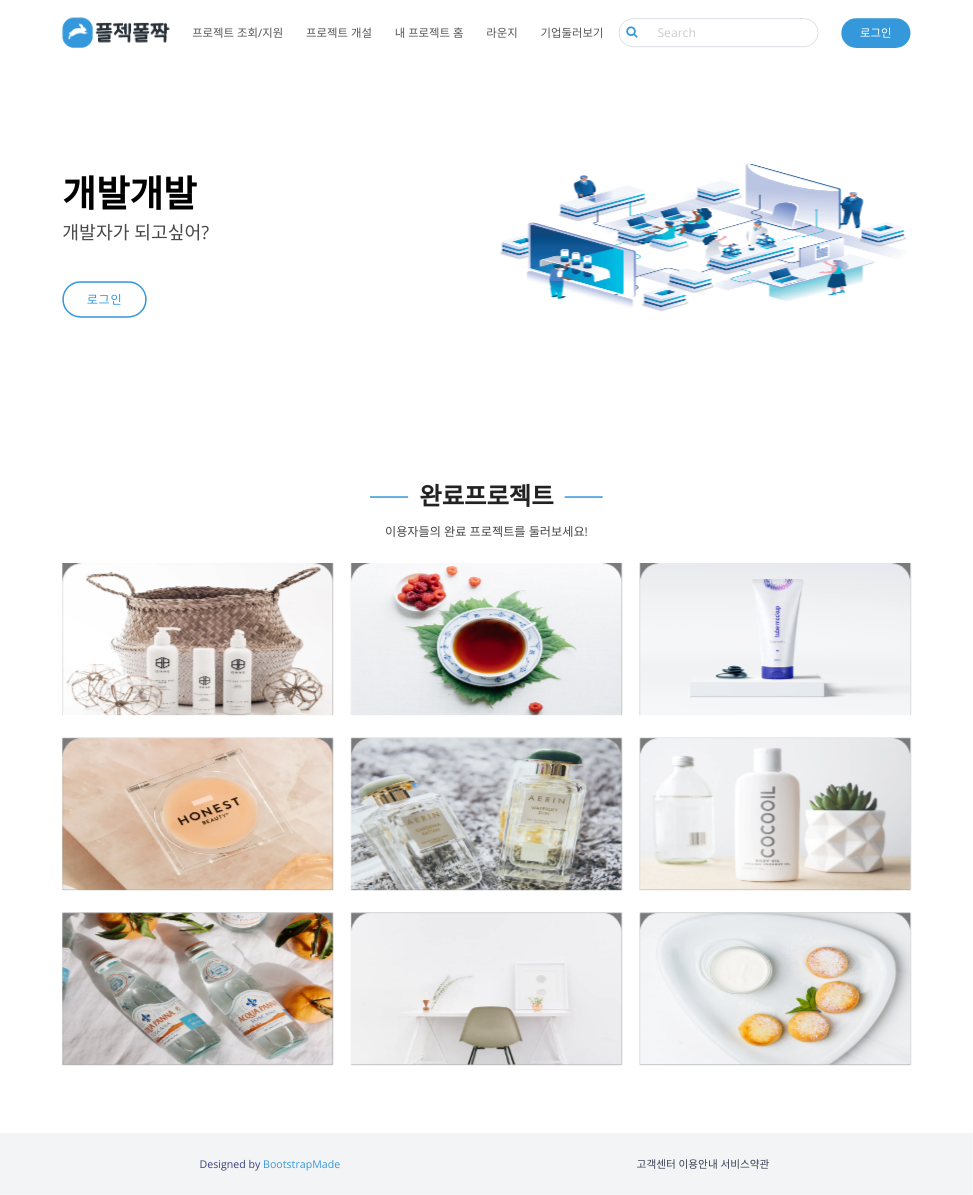
Repository: POLLJJAK/POLLJJAK
Page: http://localhost/POLLJJAK/U-main.jsp
The author's editor kept a copy of each file at every save. The page is drawn from the files as they stood at one save, then again after the next save.
The browser window is 1280 px wide. The pictures show the whole page, at 76% of full size.
Some web fonts or font styles are not loaded; a fallback is used. Some web libraries are served in a nearby version. The page is served by Tomcat 9.

Above is the page before, as saved 2022-12-18 11:11:19.

After the next save:
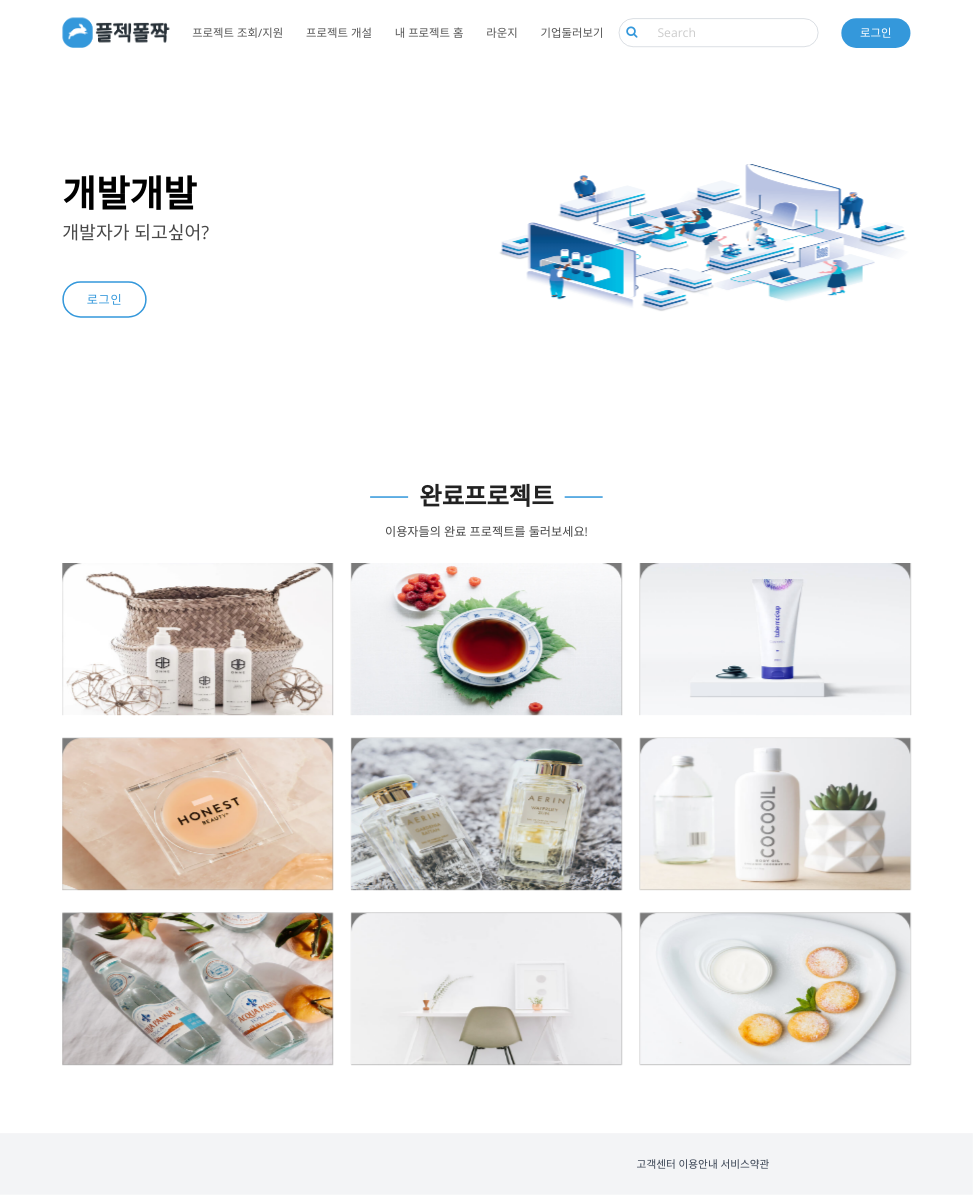
Saved 16 s later.
--- a/POLLJJAK/WebContent/common/Footer.jsp
+++ b/POLLJJAK/WebContent/common/Footer.jsp
@@ -16,7 +16,7 @@
             <!-- You can delete the links only if you purchased the pro version. -->
             <!-- Licensing information: https://bootstrapmade.com/license/ -->
             <!-- Purchase the pro version with working PHP/AJAX contact form: https://bootstrapmade.com/vesperr-free-bootstrap-template/ -->
-            Designed by <a href="https://bootstrapmade.com/">BootstrapMade</a>
+           <!--  Designed by <a href="https://bootstrapmade.com/">BootstrapMade</a> -->
           </div>
         </div>
         <div class="col-lg-6">
